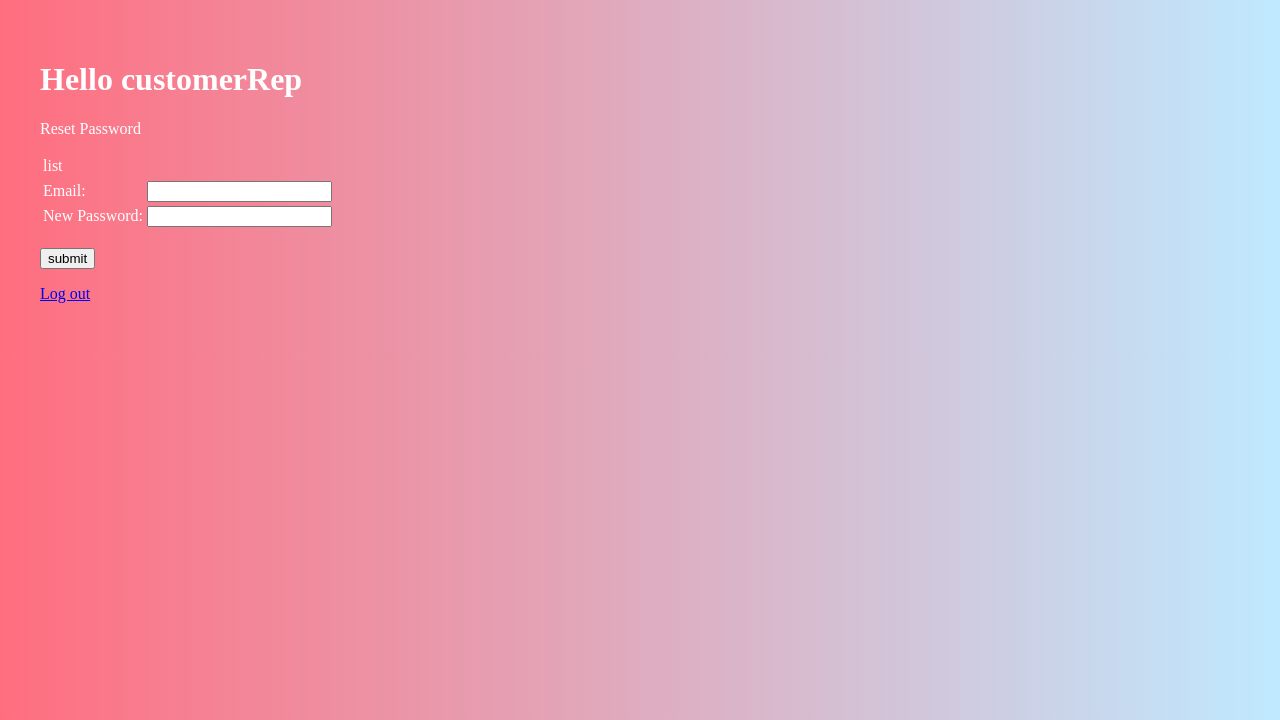
Repository: nicholaschiarulli/AuctionWebApp
Page: http://localhost/cs336Final/customerRepresentativePage.jsp
An editor plug-in stored every save of this project. The page is shown before and after the next save, followed by the edit.
The browser window is 1280 px wide. The pictures show the whole page.
The page is served by Tomcat 9. Queries for data that is not in the repository find no rows.

Above is the page before, as saved 2019-04-04 21:55:08.

### cs336Final/WebContent/customerRepresentativePage.jsp
<%@ page language="java" contentType="text/html; charset=ISO-8859-1"
pageEncoding="ISO-8859-1" import="com.cs336.pkg.*"%>
<%@ page import="java.io.*,java.util.*,java.sql.*"%>
<%@ page import="javax.servlet.http.*,javax.servlet.*"%>

<!DOCTYPE html PUBLIC "-//W3C//DTD HTML 4.01 Transitional//EN" "http://www.w3.org/TR/html4/loose.dtd">
<html>
<head>
<meta http-equiv="Content-Type" content="text/html; charset=ISO-8859-1">
<link rel="stylesheet" type="text/css" href="css/index.css"/>
<title>CR Page</title>
</head>
<body>
<h1>Hello customerRep</h1>


<p>Reset Password</p>
<table border='0.1'>
	<tr><td>list</td></tr>
	<%
	ApplicationDB db = new ApplicationDB();

		Connection con = db.getConnection();

		Statement state = con.createStatement();

		String str = "select content from Email where toCol='CR'";

		ResultSet rst = state.executeQuery(str);
		while(rst.next()){

			String fromCol = rst.getString("fromCol");

			String content = rst.getString("content");
			out.print("<tr><th>"+content + "</th></tr>");

		}
		//Close the connection. Don't forget to do it, otherwise you're keeping the resources of the server allocated.
		con.close();

	%>
</table>
<form method="post" action="reset.jsp">

<table>
<tr>
<td>Email:</td><td><input type="text" name="email"></td>
</tr>

<tr>
<td>New Password:</td><td><input type="password" name="newpassword"></td>
</tr>
</table>
<br>
<input type="submit" value="submit">
</form>

<p><a href='logout.jsp'>Log out</a></p>
</body>
</html>

### cs336Final/src/com/cs336/pkg/ApplicationDB.java
package com.cs336.pkg;

import java.sql.Connection;
import java.sql.DriverManager;
import java.sql.SQLException;

public class ApplicationDB {

	public ApplicationDB(){

	}

	public Connection getConnection(){

		//Create a connection string
		String connectionUrl = "jdbc:mysql://auctiondb.coab5jepywet.us-east-2.rds.amazonaws.com:3306/Auction";
		Connection connection = null;

		try {
			//Load JDBC driver - the interface standardizing the connection procedure. Look at WEB-INF\lib for a mysql connector jar file, otherwise it fails.
			Class.forName("com.mysql.jdbc.Driver").newInstance();
		} catch (InstantiationException e) {
			// TODO Auto-generated catch block
			e.printStackTrace();
		} catch (IllegalAccessException e) {
			// TODO Auto-generated catch block
			e.printStackTrace();
		} catch (ClassNotFoundException e) {
			// TODO Auto-generated catch block
			e.printStackTrace();
		}
		try {
			//Create a connection to your DB
			connection = DriverManager.getConnection(connectionUrl,"nickchiarulli", "QPfl87utzH0");
		} catch (SQLException e) {
			// TODO Auto-generated catch block
			e.printStackTrace();
		}

		return connection;

	}

	public void closeConnection(Connection connection){
		try {
			connection.close();
		} catch (SQLException e) {
			// TODO Auto-generated catch block
			e.printStackTrace();
		}
	}





	public static void main(String[] args) {
		ApplicationDB dao = new ApplicationDB();
		Connection connection = dao.getConnection();

		System.out.println(connection);
		dao.closeConnection(connection);
	}



}

### cs336Final/WebContent/css/index.css
body {
	background-image: linear-gradient(to right, #ff6e7f , #bfe9ff) ;
 /* background-color: #bfe9ff; */
  color: white;
  margin: 20px;
  padding: 20px;

}

/* .button {
  background-image: linear-gradient(to right, #77A1D3 , #79CBCA,#E684AE ) ;
  border: none;
  color: black;
  padding: 15px 32px;
  text-align: center;
  text-decoration: none;
  display: inline-block;
  width: 33%;
  font-size: 16px;

} */

.button {
  display: block;
width: 250px;
  border: none;
  background-color: #729fcf;
/* background-image: linear-gradient(to right, #77A1D3 , #79CBCA,#E684AE ) ; */
  padding: 10px 10px;
   font-size: 16px;

  cursor: pointer;

 text-align: center;
}

.button1 {
  display: block;
width: 50px;
  border: none;
background-color: blue;
  padding: 10px 10px;
   font-size: 12px;
  cursor: pointer;
 text-align: center;
}
/* #form {
  display: block;
  width: 50%;
  border: none;
  font-size: 16px;
  cursor: pointer;
  text-align: center;
} */

After the next save:
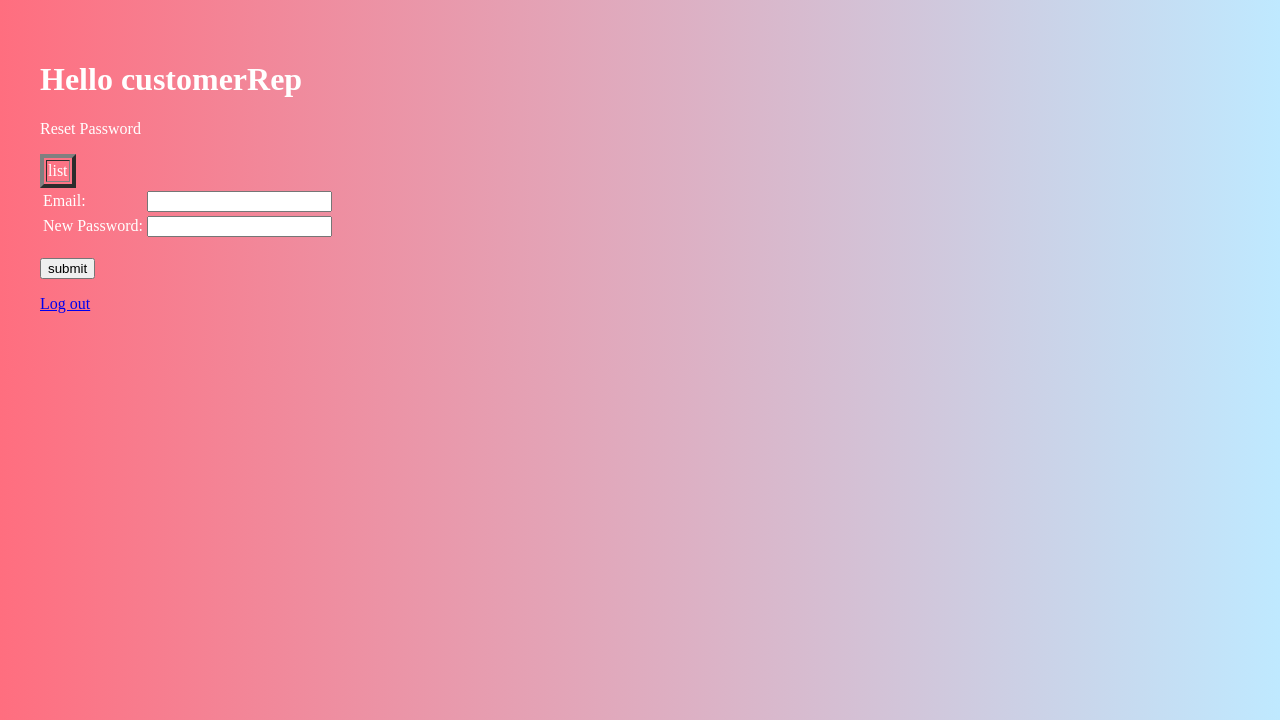
Saved 64 s later.
--- a/cs336Final/WebContent/customerRepresentativePage.jsp
+++ b/cs336Final/WebContent/customerRepresentativePage.jsp
@@ -15,7 +15,7 @@ pageEncoding="ISO-8859-1" import="com.cs336.pkg.*"%>
 
 
 <p>Reset Password</p>
-<table border='0.1'>
+<table border='4'>
 	<tr><td>list</td></tr>
 	<%
 	ApplicationDB db = new ApplicationDB();
